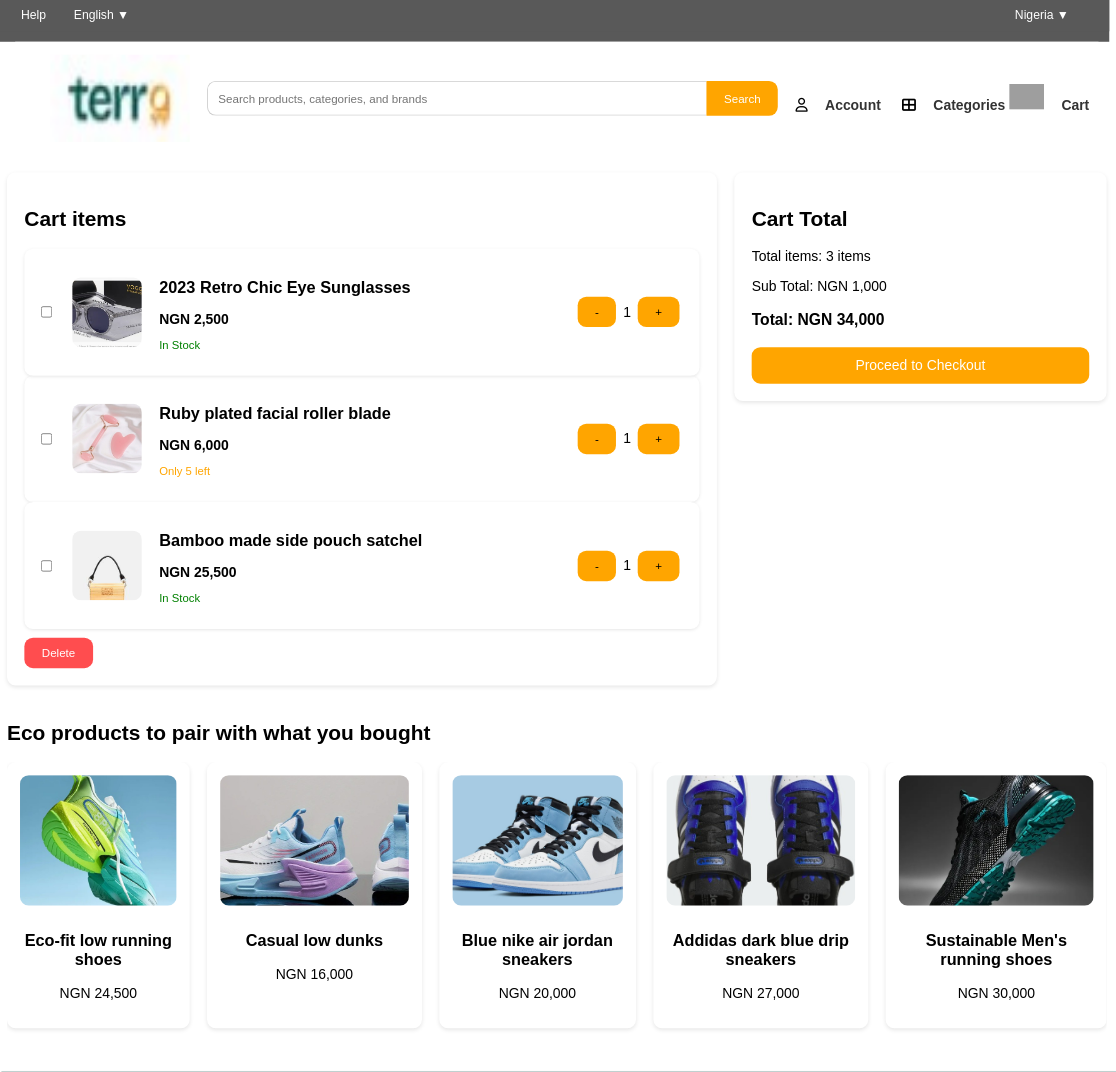
Repository: Femi007-gh/e-commerce
Page: index.html
These files come from the project's save history. The page is drawn as it stood at one moment and after the next save; the edit follows.
The browser window is 1280 px wide. The page is 1280 px wide, then 1283 px, so the pictures cover 1283 px, including what lies to the right of the window. The pictures show the whole page, at 87% of full size.
Pictures or frames that could not be fetched are drawn as grey boxes.

Above is the page before, as saved 2025-04-30 09:51:30.

### index.html
<html>
    <head>
      <title>Shopping Cart Page</title>
      <link rel="stylesheet" href="https://cdnjs.cloudflare.com/ajax/libs/font-awesome/6.4.0/css/all.min.css" />
      <link rel="stylesheet" href="style.css">
    </head>
  <body>
    <header>
    <div class="div1">
<div class="top-bar">
  <div class="left">
    <div class="dropdown">
      <button class="dropbtn">Help</button>
    </div>
    <div class="dropdown">
      <button class="dropbtn">English ▼</button>
      <div class="dropdown-content">
        <a href="#">English</a>
        <a href="#">Japanese</a>
        <a href="#">Korean</a>
      </div>
    </div>
  </div>
  <div class="right">
    <div class="dropdown">
      <button class="dropbtn">Nigeria ▼</button>
      <div class="dropdown-content">
        <a href="#">Nigeria</a>
        <a href="#">USA</a>
        <a href="#">China</a>
        </div>
      </div>
     </div>
   </div>
  </div>

<nav class="nav-bar">
  <div class="logo"><img src="Images/terra.jpg" class="ter"></div>
  <div class="search-bar">
    <input type="text" placeholder="Search products, categories, and brands">
    <button>Search</button>
  </div>
  <div class="nav-icons">
    <i class="fa-regular fa-user"></i><a href="#">Account</a>
    <i class="fa-solid fa-table-cells-large"></i><a href="#">Categories</a>
    <img src="Images/cart.png" class="cat"><a href="#">Cart</a>
  </div>
</nav>


<main class="cart-page">
  <section class="cart-section">
    <h2>Cart items</h2>

    <div class="cart-items">
      <div class="cart-item">
        <input type="checkbox">
        <img src="Images/glass.jpg" alt="Retro Chic Eye Sunglasses">
        <div class="item-details">
          <h3>2023 Retro Chic Eye Sunglasses</h3>
          <p class="price">NGN 2,500</p>
          <p class="stock in-stock">In Stock</p>
        </div>
        <div class="item-quantity">
          <button class="minus">-</button>
          <span>1</span>
          <button>+</button>
        </div>
      </div>
      </div>

      <div class="cart-item">
        <input type="checkbox">
        <img src="Images/roll.jpg" alt="Ruby plated facial roller blade">
        <div class="item-details">
          <h3>Ruby plated facial roller blade</h3>
          <p class="price">NGN 6,000</p>
          <p class="stock low-stock">Only 5 left</p>
        </div>
        <div class="item-quantity">
          <button class="minus">-</button>
          <span>1</span>
          <button>+</button>
        </div>
      </div>

      <div class="cart-item">
        <input type="checkbox">
        <img src="Images/bamboo.jpeg" alt="Bamboo made side pouch satchel">
        <div class="item-details">
          <h3>Bamboo made side pouch satchel</h3>
          <p class="price">NGN 25,500</p>
          <p class="stock in-stock">In Stock</p>
        </div>
        <div class="item-quantity">
          <button class="minus">-</button>
          <span>1</span>
          <button>+</button>
        </div>
      </div>

      <button class="delete-btn">Delete</button>
    </div>
  </section>




<aside class="cart-summary">
  <h2>Cart Total</h2>
  <p>Total items: 3 items</p>
  <p>Sub Total: NGN 1,000</p>
  <p class="total">Total: NGN 34,000</p>
  <button class="checkout-btn">Proceed to Checkout</button>
</aside>
</main>

<section class="recommendation-section">
  <h2>Eco products to pair with what you bought</h2>

  <div class="recommendations">
    <div class="product">
      <img src="Images/low.jpg" alt="Eco-fit low running shoes">
      <h3>Eco-fit low running shoes</h3>
      <p>NGN 24,500</p>
    </div>
    <div class="product">
      <img src="Images/girl.jpg" alt="Casual low dunks">
      <h3>Casual low dunks</h3>
      <p>NGN 16,000</p>
    </div>
    <div class="product">
      <img src="Images/nike.jpg" alt="Black Love themed bamboo high tops">
      <h3>Blue nike air jordan sneakers</h3>
      <p>NGN 20,000</p>
    </div>
    <div class="product">
      <img src="Images/adidas.jpg" alt="White Love themed bamboo high tops">
      <h3>Addidas dark blue drip sneakers</h3>
      <p>NGN 27,000</p>
    </div>
    <div class="product">
      <img src="Images/men.jpg" alt="Sustainable Men's running shoes">
      <h3>Sustainable Men's running shoes</h3>
      <p>NGN 30,000</p>
    </div>
  </div>
</section>

<footer class="footer">
  <div class="footer-top">
    <div class="footer-logo"><img src="Images/a.jpg" class="a">
      <i class="fa-brands fa-facebook"></i>
      <i class="fa-brands fa-instagram"></i>
      <i class="fa-brands fa-twitter"></i>
    </div>
    <div class="footer-links">
      <h4>Useful Links</h4>
      <ul>
        <li><a href="#">Product Categories</a></li>
        <li><a href="#">Place an order</a></li>
        <li><a href="#">Shopping Cart</a></li>
        <li><a href="#">Order History</a></li>
        <li><a href="#">Report a product</a></li>
        <li><a href="#">Return and Refund Policy</a></li>
      </ul>
    </div>
    <div class="footer-about">
      <h4>About</h4>
      <ul>
        <li><a href="#">About Us</a></li>
        <li><a href="#">Careers at Terra</a></li>
        <li><a href="#">FAQs</a></li>
        <li><a href="#">Terms and Conditions</a></li>
        <li><a href="#">Privacy Policy</a></li>
      </ul>
    </div>
    <div class="footer-contact">
      <h4>Contact Us</h4>
      <p>Email: info.terraapp@gmail.com</p>
      <p>Address: No. 18, Ikoyi, Lagos, GHA</p>
      <p>Phone: +234 904 889 1234</p>
    </div>
  </div>

  <div class="footer-bottom">
    <p>&copy; 2024 Terra. All Rights Reserved.</p>
  </div>
</footer>
  </body>
</html>

### style.css
body{
  font-family: Arial;
  cursor: pointer;
}
.div1{
  background-color: #595959;
  width: 101%;
  height: 50px;
  margin-left: -10px;
  margin-top: -10px;
}
.top-bar {
  background-color:  #595959;
  color: white;
  padding: 10px 20px;
  display: flex;
  justify-content: space-between;
  font-size: 14px;
}

.top-bar .left, .top-bar .right {
  display: flex;
  align-items: center;
}

.dropdown {
  position: relative;
  margin-right: 20px;
}

.dropbtn {
  background: none;
  border: none;
  color: white;
  cursor: pointer;
  font-size: 14px;
}

.dropdown-content {
  display: none;
  position: absolute;
  background-color: white;
  color:  #595959;
  min-width: 100px;
  border-radius: 5px;
  box-shadow: 0px 8px 16px rgba(0,0,0,0.2);
  z-index: 1;
}

.dropdown-content a {
  padding: 8px 12px;
  display: block;
  text-decoration: none;
  color: black;
}

.dropdown-content a:hover {
  background-color: #f1f1f1;
}

.dropdown:hover .dropdown-content {
  display: block;
}

.nav-icons a {
  margin-left: 20px;
  text-decoration: none;
  color: #333;
  font-weight: 600;
}


/* Nav bar */
.nav-bar {
  display: flex;
  justify-content: space-between;
  align-items: center;
  background: white;
  padding: 15px 20px;
  margin-bottom: 20px;
  border-radius: 10px;
}

.nav-bar .logo {
  font-weight: 700;
  font-size: 24px;
}

.search-bar {
  flex: 1;
  margin: 0 20px;
  display: flex;
}

.search-bar input {
  flex: 1;
  padding: 8px 12px;
  border: 1px solid #ccc;
  border-right: none;
  border-radius: 10px 0 0 10px;
  height: 40px;
}

.search-bar button {
  padding: 8px 20px;
  background-color: orange;
  color: white;
  border: none;
  border-radius: 0 10px 10px 0;
  cursor: pointer;
}

.nav-icons a {
  margin-left: 20px;
  text-decoration: none;
  color: #333;
}



/* Cart summary */
.cart-summary {
  flex: 1;
  background: white;
  padding: 20px;
  border-radius: 10px;
  box-shadow: 0 2px 5px rgba(0,0,0,0.1);
  height: fit-content;
}

.cart-summary h2 {
  margin-bottom: 20px;
}

.cart-summary p {
  margin-bottom: 10px;
}

.cart-summary .total {
  font-weight: bold;
  font-size: 18px;
  margin: 20px 0;
}

.checkout-btn {
  background-color: orange;
  color: white;
  width: 100%;
  padding: 12px;
  border: none;
  border-radius: 10px;
  cursor: pointer;
  font-size: 16px;
}


/* Cart page */
.cart-page {
  display: flex;
  gap: 20px;
  margin-bottom: 40px;
}

.cart-section {
  flex: 2;
  background: white;
  padding: 20px;
  border-radius: 10px;
  box-shadow: 0 2px 5px rgba(0,0,0,0.1);
}

.cart-section h2 {
  margin-bottom: 20px;
}

.cart-items {
  display: flex;
  flex-direction: column;
  gap: 20px;
}

.cart-item {
  display: flex;
  align-items: center;
  gap: 20px;
  background: white;
  padding: 15px;
  border-radius: 10px;
  box-shadow: 0 1px 4px rgba(0,0,0,0.1);
}

.cart-item img {
  width: 80px;
  height: 80px;
  object-fit: cover;
  border-radius: 10px;
}

.item-details {
  flex: 1;
}

.item-details h3 {
  margin-bottom: 5px;
}

.item-details .price {
  font-weight: bold;
  margin-bottom: 5px;
}

.item-details .stock {
  font-size: 13px;
}

.stock.in-stock {
  color: green;
}

.stock.low-stock {
  color: orange;
}

.quantity-controls span {
  font-size: 18px;
}

.delete-btn {
  background: #ff4d4f;
  color: white;
  padding: 10px 20px;
  border: none;
  border-radius: 10px;
  cursor: pointer;
  margin-top: 10px;
}



.item-quantity {
  display: flex;
  align-items: center;
}

.item-quantity button {
  background-color: orange;
  border: none;
  padding: 10px 20px;
  margin: 0 0.5rem;
  border-radius: 10px;
}

.delete-cart {
  text-align: right;
  margin-top: 1rem;
}

.ter {
  height: 100px;
  width: 160px;
  margin-left: 30px;
}

/* Recommendation section */
.recommendation-section {
  margin-bottom: 40px;
}

.recommendation-section h2 {
  margin-bottom: 20px;
}

.recommendations {
  display: flex;
  gap: 20px;
  overflow-x: auto;
}

.product {
  background: white;
  padding: 15px;
  border-radius: 10px;
  box-shadow: 0 2px 5px rgba(0,0,0,0.1);
  min-width: 180px;
  text-align: center;
  margin-bottom: 10px;
}

.product img {
  width: 100%;
  height: 150px;
  object-fit: cover;
  margin-bottom: 10px;
  border-radius: 10px;
}

.cat {
  height: 30px;
}

/* Footer */
.footer {
  background: #134F4D;
  padding: 30px 20px;
  border-radius: 2px;
  box-shadow: 0 2px 5px rgba(0,0,0,0.1);
  width: 98%;
  margin-left: -8px;
  height: 50%;
  margin-bottom: -20px;
  position: absolute;
}

.footer-top {
  display: flex;
  flex-wrap: wrap;
  gap: 20px;
  margin-bottom: 20px;
}

.footer-logo {
  flex: 1;
}

.footer-links, .footer-about, .footer-contact {
  flex: 1;
  min-width: 200px;
}

.footer-links ul, .footer-about ul {
  list-style: none;
  margin-top: 10px;
}

.footer-links a, .footer-about a {
  text-decoration: none;
  color: white;
  font-size: 14px;
  font-size: 20px;
  margin-left: -40px;
}

.footer-contact p {
  margin-top: 10px;
  font-size: 18px;
  color: white;
}

.footer-bottom {
  text-align: center;
  font-size: 14px;
  color: white;
  margin-top: 10px;
}

h4 {
  color: white;
  font-size: 24px;
}

.fa-solid {
  margin-left: 20px;
}

.a {
  height: 50px;
  cursor: pointer;
  margin-top: 30px;
  position: absolute;
}

.fa-brands {
  color: white;
  font-size: 30px;
  margin-top: 120px;
  position: relative;
  margin-right: 10px;
  margin-left: 10px;
  cursor: pointer;
}

After the next save:
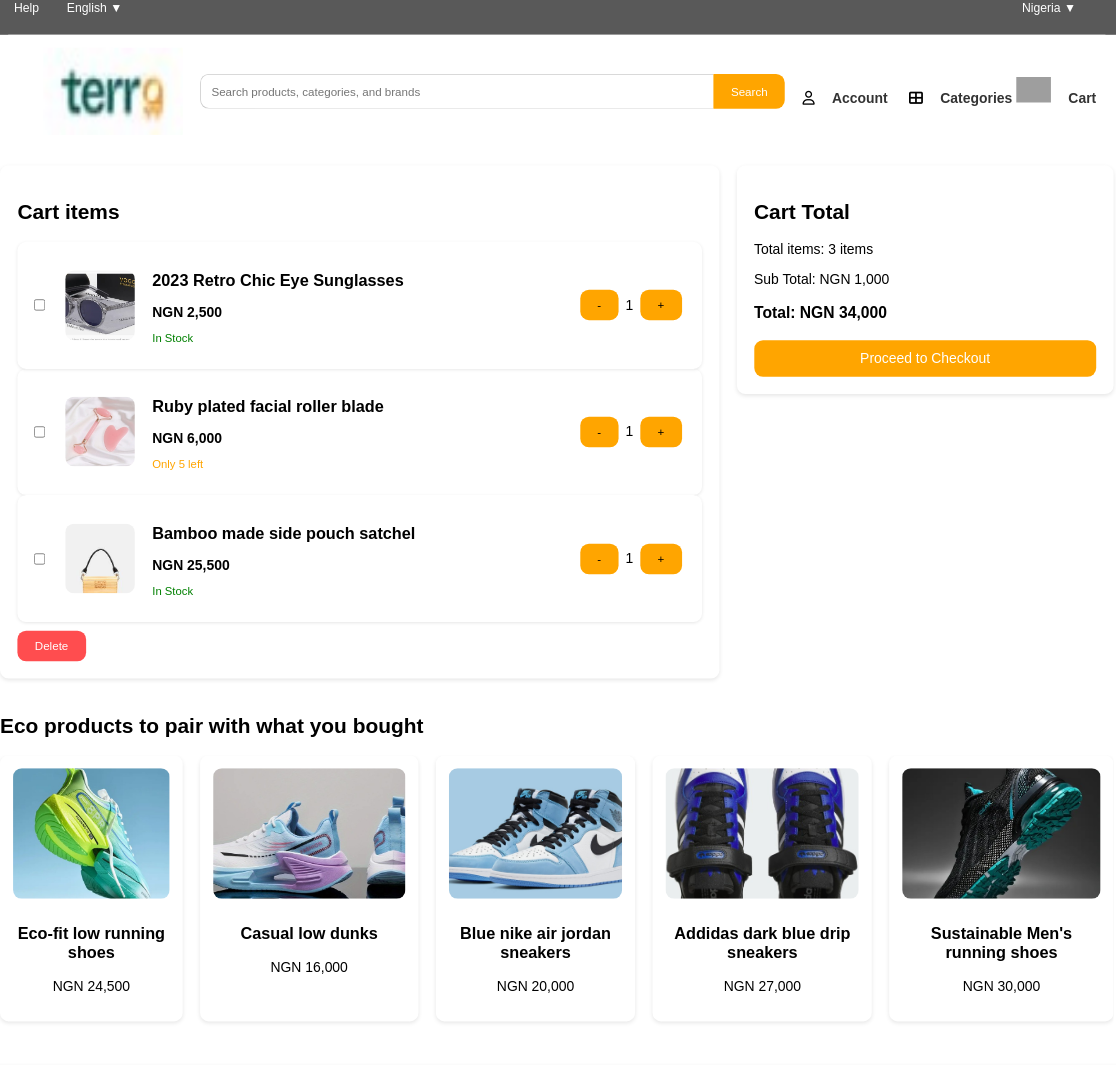
Saved 8 min 37 s later.
--- a/style.css
+++ b/style.css
@@ -1,6 +1,8 @@
 body{
   font-family: Arial;
   cursor: pointer;
+  margin: 0;
+  p
 }
 .div1{
   background-color: #595959;
